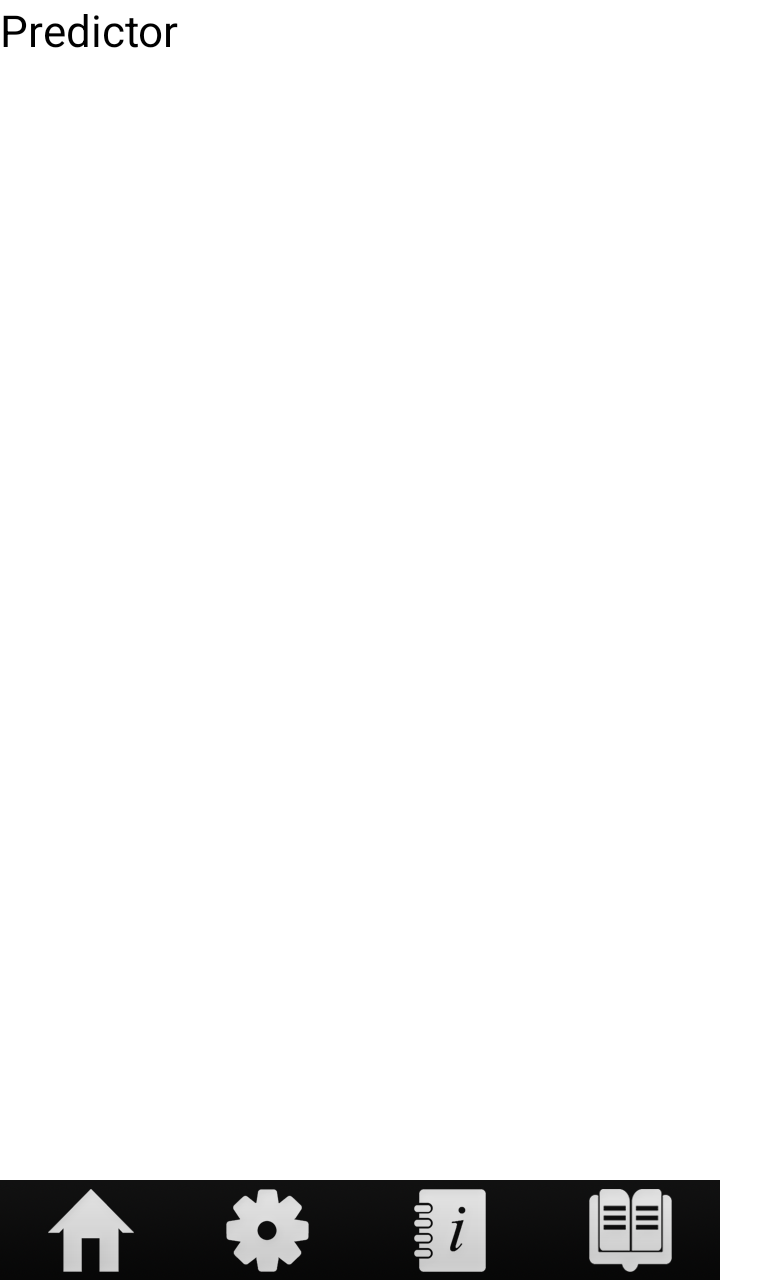
Repository: jo3bolton/PIKJEJ
Layout: PIKJEJ v7/PIKJEJ/res/layout/activity_predictor.xml
The author's editor kept a copy of each file at every save. The layout is drawn from the files as they stood at one save, then again after the next save.
It is drawn on a 768 x 1280 px phone screen (xhdpi) without system bars, with theme AppTheme; the app's code is not run.

Above is the layout before, as saved 2013-03-23 14:19:02.

### PIKJEJ v7/PIKJEJ/res/layout/activity_predictor.xml
<RelativeLayout xmlns:android="http://schemas.android.com/apk/res/android"
    xmlns:tools="http://schemas.android.com/tools"
    android:layout_width="match_parent"
    android:layout_height="match_parent"
    android:contentDescription="@string/title_activity_predictor"
    android:screenOrientation="portrait"
    tools:context=".Predictor" >

    <ImageButton
        android:id="@+id/home"
        android:layout_width="wrap_content"
        android:layout_height="wrap_content"
        android:layout_alignParentBottom="true"
        android:layout_alignParentLeft="true"
        android:background="@drawable/ic_tab_home_unselected"
        android:contentDescription="@string/title_activity_home"
        android:onClick="Home" />

    <ImageButton
        android:id="@+id/settings"
        android:layout_width="wrap_content"
        android:layout_height="wrap_content"
        android:layout_alignParentBottom="true"
        android:layout_toRightOf="@+id/home"
        android:background="@drawable/ic_tab_settings_unselected"
        android:contentDescription="@string/title_activity_settings"
        android:onClick="Settings" />

    <ImageButton
        android:id="@+id/about"
        android:layout_width="wrap_content"
        android:layout_height="wrap_content"
        android:layout_alignParentBottom="true"
        android:layout_toRightOf="@+id/settings"
        android:background="@drawable/ic_tab_about_unselected"
        android:contentDescription="@string/page_about"
        android:onClick="About" />

    <ImageButton
        android:id="@+id/userguide"
        android:layout_width="wrap_content"
        android:layout_height="wrap_content"
        android:layout_alignParentBottom="true"
        android:layout_toRightOf="@+id/about"
        android:background="@drawable/ic_tab_userguide_unselected"
        android:contentDescription="@string/title_activity_userguide"
        android:onClick="Userguide" />

    <TextView
        android:id="@+id/textView1"
        android:layout_width="wrap_content"
        android:layout_height="wrap_content"
        android:layout_above="@+id/home"
        android:layout_alignParentLeft="true"
        android:layout_alignParentRight="true"
        android:layout_alignParentTop="true"
        android:text="@string/title_activity_predictor"
        android:contentDescription="@string/title_activity_predictor"
        android:textAppearance="?android:attr/textAppearanceLarge" />

</RelativeLayout>

### PIKJEJ v7/PIKJEJ/res/values/strings.xml
<?xml version="1.0" encoding="utf-8"?>
<resources>

    <string name="app_name">PIKJEJ</string>
    <string name="action_settings">Settings</string>
    <string name="hello_world">Hello world!</string>
    <string name="title_activity_about">About</string>
    <string name="title_activity_alt_travel">AltTravel</string>
    <string name="title_activity_userguide">Userguide</string>
    <string name="title_activity_schedule">Schedule</string>
    <string name="title_activity_settings">Settings</string>
    <string name="title_activity_predictor">Predictor</string>
    <string name="title_activity_terms">Terms</string>
    <string name="title_activity_splash">Splash</string>
    <string name="title_activity_home">Home</string>
    <string name="Clock">DigitalClock</string><string name="page_about"><b>The PIKJEJ Application was created by the PIKJEJ development team.</b> \n \n <b> Project Leader:</b> \n Joseph Bolton \n\n <b>Team Members:</b> \n Ethan Tsang \n James Cassidy \n Peter Fletcher \n Ian Cannon \n  Kyle Ryan \n\n PIKJEJ Car Park Application \n Version 7.1 \n Copyright 2013 PIKJEJ \n\n Map facilities provided by Google Maps \n\n </string>


</resources>

Loaded but not shown: PIKJEJ v7/PIKJEJ/res/values/styles.xml (common file); PIKJEJ v7/PIKJEJ/res/values-v11/styles.xml (common file); PIKJEJ v7/PIKJEJ/res/values-v14/styles.xml (common file)

After the next save:
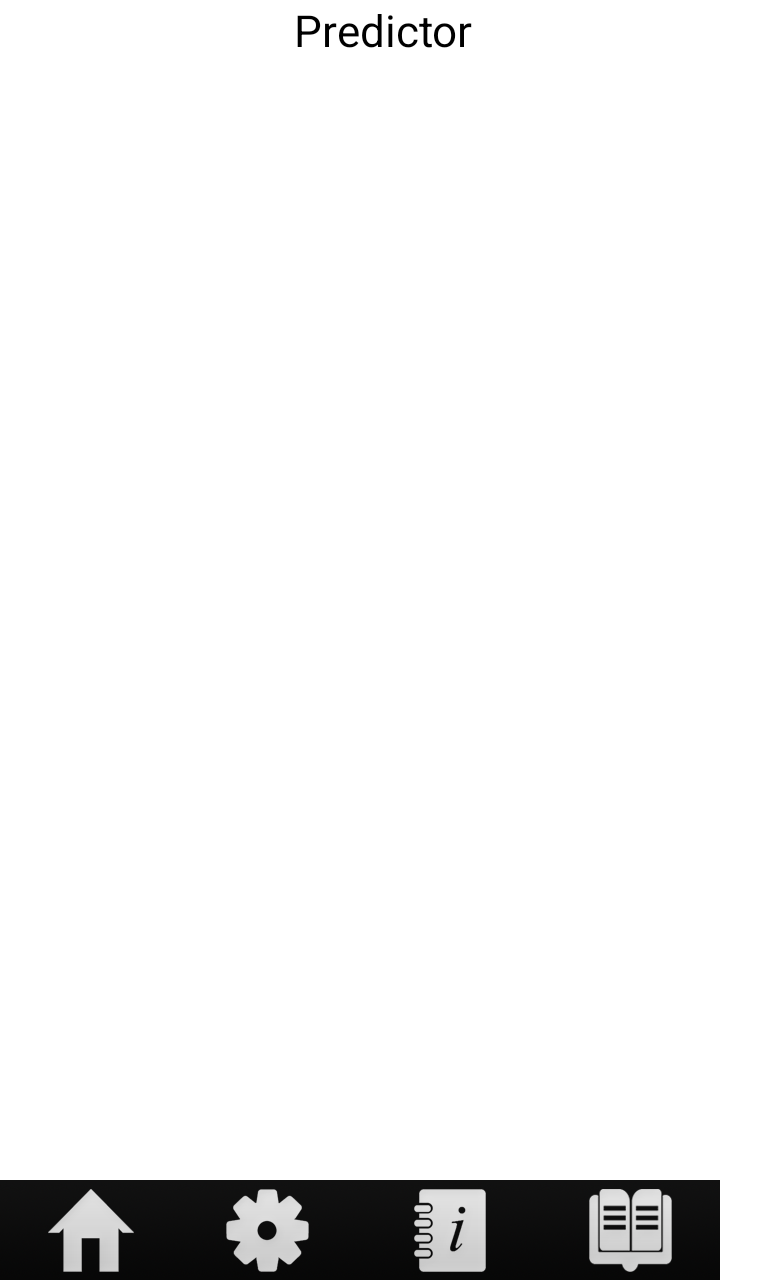
Saved 41 s later.
--- a/PIKJEJ v7/PIKJEJ/res/layout/activity_predictor.xml
+++ b/PIKJEJ v7/PIKJEJ/res/layout/activity_predictor.xml
@@ -51,9 +51,8 @@
         android:layout_width="wrap_content"
         android:layout_height="wrap_content"
         android:layout_above="@+id/home"
-        android:layout_alignParentLeft="true"
-        android:layout_alignParentRight="true"
         android:layout_alignParentTop="true"
+        android:layout_centerHorizontal="true"
         android:text="@string/title_activity_predictor"
         android:contentDescription="@string/title_activity_predictor"
         android:textAppearance="?android:attr/textAppearanceLarge" />
